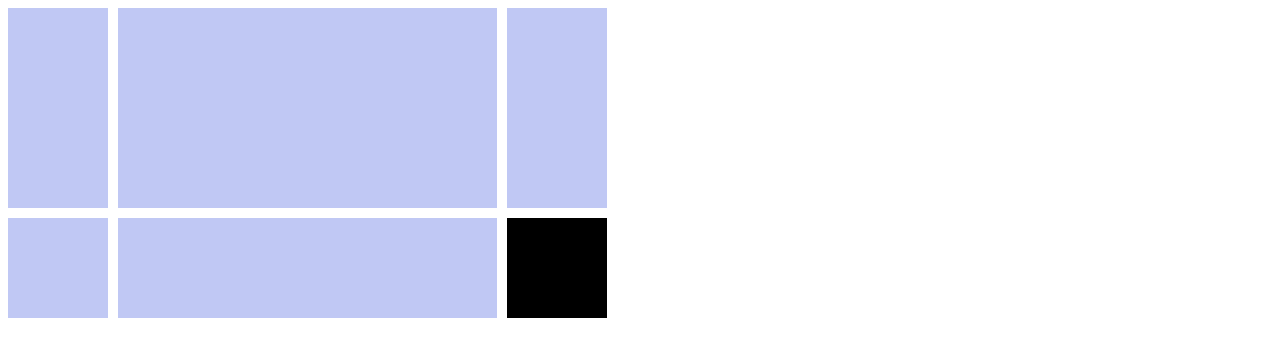
Repository: IrinaGetmanenko/week6
Page: tables.html
The author's editor kept a copy of each file at every save. The page is drawn from the files as they stood at one save, then again after the next save.
The browser window is 1280 px wide. The pictures show the whole page.

Above is the page before, as saved 2022-09-01 16:30:29.

After the next save:
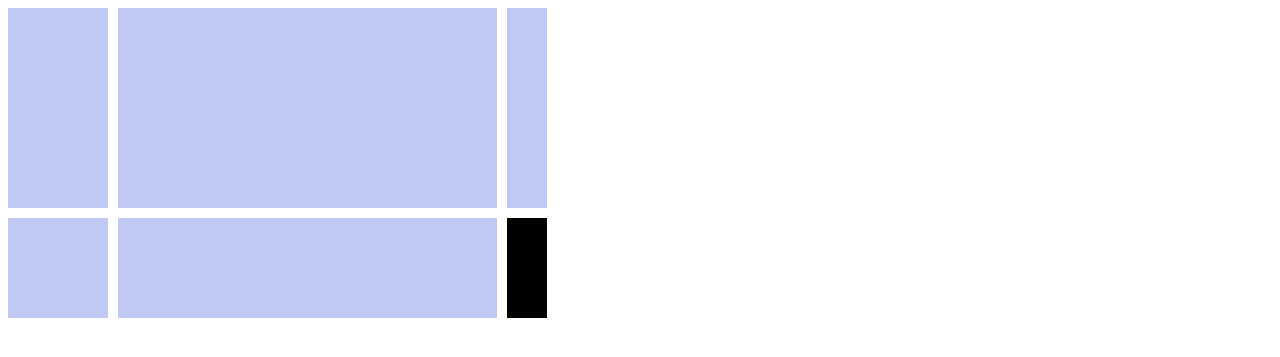
Saved 37 s later.
--- a/tables.html
+++ b/tables.html
@@ -10,8 +10,8 @@
 
 .container {
   display: grid;
-  grid-template-columns: 100px 30% 100px;
-  grid-template-rows: 200px 100px;
+  grid-template-columns: 100px 30% 40px;
+  grid-template-rows: 200px 100px ;
   gap: 10px;
 }
 
